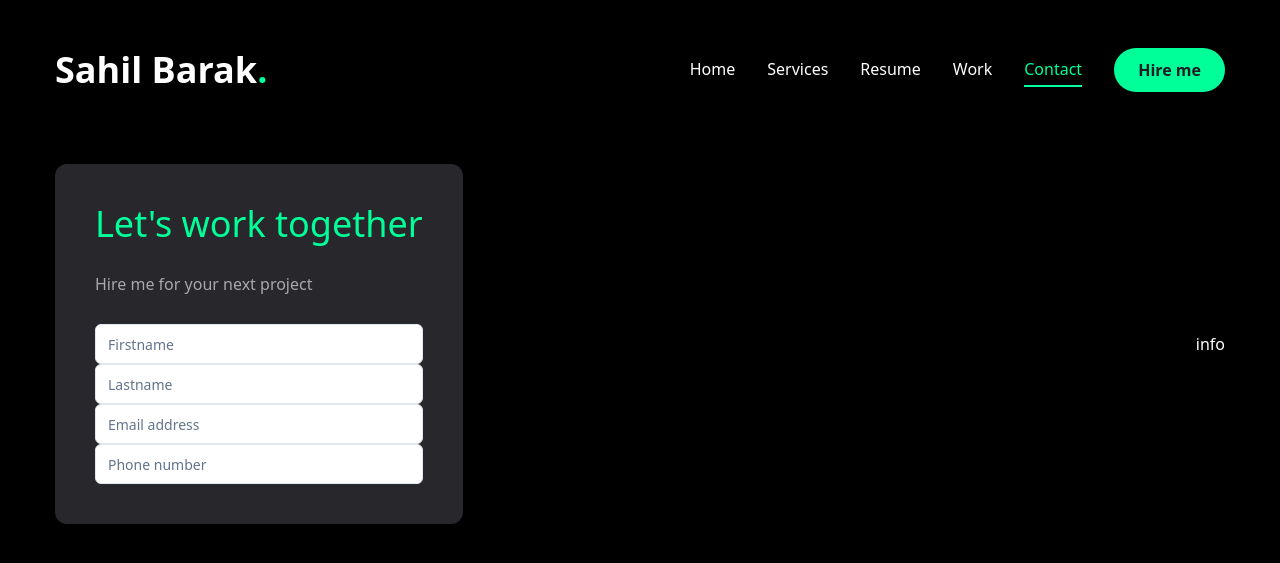
Repository: Moxsahil/My_portfolio
Page: /contact (app in sahil-portfolio/)
The author's editor kept a copy of each file at every save. The page is drawn from the files as they stood at one save, then again after the next save.
The browser window is 1280 px wide. The pictures show the whole page.
The project was rebuilt for these pictures with package versions that can differ from the ones it lists, and the page was loaded fresh each time. The framework's server and built-in components were replaced by stand-ins that run in the browser. Also part of the build but not shown: sahil-portfolio/next.config.mjs, sahil-portfolio/components/ui/textarea.jsx. Imported but missing from the stored project, and not drawn on this page: sahil-portfolio/components/ui/select.

Above is the page before, as saved 2024-10-06 15:44:51.

### sahil-portfolio/app/layout.jsx
import { JetBrains_Mono } from "next/font/google";
import "./globals.css";
import Header from "@/components/Header";
import PageTransition from "@/components/PageTransition";
import StairTransition from "@/components/StairTransition";

const jetbrainsMono = JetBrains_Mono({
  subsets: ["latin"],
   weight: ["100", "200", "300", "400", "500", "600", "700", "800"],
   variable: '--font-jetbrainsMono'
});

export const metadata = {
  title: "Create Next App",
  description: "Generated by create next app",
};

export default function RootLayout({ children }) {
  return (
    <html lang="en">
      <body className={jetbrainsMono.variable}>
        <Header />
        <StairTransition />
        <PageTransition> {children}</PageTransition>
        </body>
    </html>
  );
}

### sahil-portfolio/app/contact/page.jsx
"use client";

import { Button } from "@/components/ui/button";
import { Input} from "@/components/ui/input";
import { Textarea } from "@/components/ui/textarea";

import {
  Select,
  SelectContent,
  SelectGroup,
  SelectItem,
  SelectLabel,
  SelectTrigger,
  SelectValue,
} from "@/components/ui/select";

import { FaPhoneAlt, FaEnvelope, FaMapMarkerAlt } from "react-icons/fa";

const info = [
  {
    icon: <FaPhoneAlt />,
    title: "Phone",
    description: "(+91) 7404927198",
  },{
    icon: <FaEnvelope />,
    title: "Email",
    description: "Sahilmk01@gmail.com",
  },{
    icon: <FaMapMarkerAlt />,
    title: "Address",
    description: "1513/34,Sheetal Nagar,Rohtak,Haryana-124001",
  },
];

import { motion } from "framer-motion";



const Contact = () => {
  return (
    <motion.section
    initial={{ opacity: 0 }}
    animate={{
      opacity: 1,
      transition: { delay: 2.4, duration: 0.4, ease: "easeIn" },
    }}
    className="py-6"
    >
      <div className="container mx-auto">
        <div className="flex flex-col xl:flex-row gap-[30px]">
          {/* form */}
          <div className="xl:h-[54%] order-2 xl:order-none">
            <form className="flex flex-col gap-6 p-10 bg-[#27272c] rounded-xl">
              <h3 className="text-4xl text-accent">Let's work together</h3>
              <p className="text-white/60">Hire me for your next project
              </p>
              {/* Input */}
              <div>
                <Input type="firstName" placeholder="Firstname"/>
                <Input type="lastname" placeholder="Lastname"/>
                <Input type="email" placeholder="Email address"/>
                <Input type="phone" placeholder="Phone number"/>
              </div>
            </form>
          </div>
          {/* info */}
          <div className="flex-1 flex items-center xl:justify-end order-1 xl:order-none mb-8 xl:mb-0">info</div>
        </div>
      </div>
      </motion.section>
  );
}

export default Contact;

### sahil-portfolio/app/globals.css
@tailwind base;
@tailwind components;
@tailwind utilities;

@layer base{
    body {
        @apply font-primary bg-black text-white leading-loose;
    }
    .h1{
        @apply text-[48px] xl:text-[80px] leading-[1.1] font-semibold;
    }
    .h2{
        @apply text-[36px] xl:text-[48px] leading-[1.1] font-semibold;
    }
    .h3{
        @apply text-[20px] xl:text-[24px] leading-[1.1] font-semibold;
    }
.text-outline{
    -webkit-text-stroke: 1px #ffffff;
}

.text-outline-hover{
    -webkit-text-stroke: 1px #00ff99;
}
}

### sahil-portfolio/components/Header.jsx
import Link from "next/link";
import { Button } from "./ui/button";

//components
import Nav from "./Nav";
import MobileNav from "./MobileNav";
const Header = () => {
  return (
     <header className = "py-8 xl:py-12 text-white">
    <div className = "container mx-auto flex justify-between items-center">
      {/* logo */}
      <Link href="/">
        <h1 className="text-4xl font-semibold">
          Sahil Barak<span className="text-accent">.</span>
        </h1>
        </Link>


        {/* desktop nav & hire me button */}
        <div className="hidden xl:flex items-center gap-8">
        <Nav />
        <Link href="/#contact">
        <Button>Hire me</Button>
        </Link>
        </div>

        {/* mobile nav */}
        <div className="xl:hidden">
          <MobileNav />
        </div>
    </div>
  </header>
  );
};

export default Header;

### sahil-portfolio/components/PageTransition.jsx
 "use client";


 import { AnimatePresence, motion } from "framer-motion";
import { usePathname } from "next/navigation";

 const PageTransition = ({children}) => {
  const pathname = usePathname();

  return (
    <AnimatePresence>

      <div key={pathname}>
        <motion.div initial={{opacity: 1}}
        animate={{opacity:0,
         transition: {delay: 1,duration: 0.4, ease: "easeInOut"},
         }}
         className="h-screen w-screen fixed bg-primary top-0 pointer-events-none"
         />
        {children}</div>
    </AnimatePresence>
  )
}

export default PageTransition

### sahil-portfolio/components/StairTransition.jsx
"use client";

import { AnimatePresence, motion } from "framer-motion";
import { usePathname } from "next/navigation";

//components
import Stairs from "./Stairs";

const StairTransition = () => {
  const pathname = usePathname();
  return (
    <>
    <AnimatePresence mode="wait">
      <div key={pathname}>
        <div className="h-screen w-screen fixed top-0 left-0 right-0
        pointer-events-none z-40 flex">
         <Stairs />
          </div>

        <motion.div
        className="h-screen w-screen fixed bg-primary top-0 pointer-events-none"
        initial={{opacity: 1}}
        animate={{
          opacity: 0,
          transition: {delay: 1,duration: 0.4, ease: "easeInOut" },
      }}
        />
      </div>
    </AnimatePresence>
    </>
  );
}

export default StairTransition

### sahil-portfolio/components/ui/button.jsx
import * as React from "react"
import { Slot } from "@radix-ui/react-slot"
import { cva } from "class-variance-authority";

import { cn } from "@/lib/utils"

const buttonVariants = cva(
  "inline-flex items-center justify-center whitespace-nowrap rounded-full text-base font-semibold ring-offset-white transition-colors",
  {
    variants: {
      variant: {
        default: "bg-accent text-primary hover:bg-accent-hover",
        primary: "bg-primary text-white ",
        outline:
        "border border-accent bg-transparent text-accent hover :bg-accent hover: text-primary",

      },
      size: {
        default: "h-[44px] px-6",
        md: "h-[48px] px-6",
        lg: "h-[56px] px-8 text-sm uppercase tracking-[2px]",

      },
    },
    defaultVariants: {
      variant: "default",
      size: "default",
    },
  }
)

const Button = React.forwardRef(({ className, variant, size, asChild = false, ...props }, ref) => {
  const Comp = asChild ? Slot : "button"
  return (
    (<Comp
      className={cn(buttonVariants({ variant, size, className }))}
      ref={ref}
      {...props} />)
  );
})
Button.displayName = "Button"

export { Button, buttonVariants }

### sahil-portfolio/components/ui/input.jsx
import * as React from "react"

import { cn } from "@/lib/utils"

const Input = React.forwardRef(({ className, type, ...props }, ref) => {
  return (
    (<input
      type={type}
      className={cn(
        "flex h-10 w-full rounded-md border border-slate-200 bg-white px-3 py-2 text-sm ring-offset-white file:border-0 file:bg-transparent file:text-sm file:font-medium placeholder:text-slate-500 focus-visible:outline-none focus-visible:ring-2 focus-visible:ring-slate-950 focus-visible:ring-offset-2 disabled:cursor-not-allowed disabled:opacity-50 dark:border-slate-800 dark:bg-slate-950 dark:ring-offset-slate-950 dark:placeholder:text-slate-400 dark:focus-visible:ring-slate-300",
        className
      )}
      ref={ref}
      {...props} />)
  );
})
Input.displayName = "Input"

export { Input }

### sahil-portfolio/components/Nav.jsx
"use client";

import Link from "next/link";
import { usePathname } from "next/navigation";

const links = [
    {
        name: "Home",
        path: "/",
    },
    {
        name: "services",
        path: "/services",
    },
    {
        name: "resume",
        path: "/resume",
    },
    {
        name: "work",
        path: "/work",
    },
    {
        name: "contact",
        path: "/contact",
    },
];


const Nav = () => {
    const pathname = usePathname();
  return (
    <nav className="flex gap-8">
        {links.map((link, index) => {
            return (
                <Link href={link.path} key={index} className ={`${
                    link.path === pathname &&
                    "text-accent border-b-2 border-accent"}
                    capitalize font-medium hover:text-accent transition-all`}
                    >
                    {link.name}
                </Link>
            );
        })}
    </nav>
  )
}

export default Nav

### sahil-portfolio/components/MobileNav.jsx
"use client";

import { Sheet, SheetContent, SheetTrigger } from "@/components/ui/sheet";
import { usePathname } from "next/navigation";
import Link from "next/link";
import { CiMenuFries } from "react-icons/ci";

const links = [
  {
    name: "Home",
    path: "/",
  },
  {
    name: "services",
    path: "/services",
  },
  {
    name: "resume",
    path: "/resume",
  },
  {
    name: "work",
    path: "/work",
  },
  {
    name: "contact",
    path: "/contact",
  },
]

const MobileNav = () => {
  const pathname = usePathname();
  return (
    <Sheet>
      <SheetTrigger className ="flex-justify-center items-center">
        <CiMenuFries className="text-[32px] text-accent"/>
      </SheetTrigger>
      <SheetContent className="flex flex-col">
        {/* logo */}
        <div className="mt-32 mb-40 text-center text-2xl">
          <Link href="/">
          <h1 className="text-4xl font-semibold">
            Sahil Barak<span className="text-accent">.</span></h1>
          </Link>
        </div>
        {/* nav  */}
        <nav className="flex flex-col justify-center items-center gap-8">
          {links.map((link, index) => {
            return(
              <Link href={link.path} key={index} className={` ${link.path === pathname && "text-accent border-b-2 border-accent"}text-xl capitalize hover:text-accent transition-all`}>
                {link.name}
              </Link>
            );
          })}
        </nav>
      </SheetContent>
    </Sheet>
  );
};

export default MobileNav;

### sahil-portfolio/components/Stairs.jsx
import { motion } from "framer-motion";

const stairAnimation = {
    initial: {
        top: "0%",
    },
    animate: {
        top: "100%",
    },
    exit: {
        top: ["100%`", "0%"],
    },
};


// calculate the reverse index fot staggred delay

const reverseIndex = (index) => {
    const totalSteps = 6; // number of steps
    return totalSteps - index - 1;
};
const Stairs = () => {
  return (
  <>

    {/* render 6 motion divs, each representing a step of the stairs.
    Each div will have the same animation defined by the stairsAnimation object.
    the delay for each div is calculated sinamically based on its reversed index ,
    creating a staggered effect with decreasing delay for each subsequent step.
    */}
    {[...Array(6)].map((_, index)=>{
        return (
        <motion.div
         key={index}
         variants={stairAnimation}
         initial="initial"
         animate="animate"
         exit="exit"
         transition={{
            duration: 0.4,
            ease: "easeInOut",
            delay: reverseIndex(index) * 0.1,
        }}
        className="h-full w-full bg-white relative"
        />
    );
    })}
  </>
  );
};

export default Stairs

### sahil-portfolio/components/ui/sheet.jsx
"use client";
import * as React from "react"
import * as SheetPrimitive from "@radix-ui/react-dialog"
import { cva } from "class-variance-authority";
import { cn } from "@/lib/utils"

import { IoMdClose } from "react-icons/io";

const Sheet = SheetPrimitive.Root

const SheetTrigger = SheetPrimitive.Trigger

const SheetClose = SheetPrimitive.Close

const SheetPortal = SheetPrimitive.Portal

const SheetOverlay = React.forwardRef(({ className, ...props }, ref) => (
  <SheetPrimitive.Overlay
    className={cn(
      "fixed inset-0 z-50 bg-black/80  data-[state=open]:animate-in data-[state=closed]:animate-out data-[state=closed]:fade-out-0 data-[state=open]:fade-in-0",
      className
    )}
    {...props}
    ref={ref} />
))
SheetOverlay.displayName = SheetPrimitive.Overlay.displayName

const sheetVariants = cva(
  "fixed z-50 gap-4 bg-primary p-6 shadow-lg transition ease-in-out data-[state=open]:animate-in data-[state=closed]:animate-out data-[state=closed]:duration-300 data-[state=open]:duration-500 dark:bg-slate-950",
  {
    variants: {
      side: {
        top: "inset-x-0 top-0 border-b data-[state=closed]:slide-out-to-top data-[state=open]:slide-in-from-top",
        bottom:
          "inset-x-0 bottom-0 border-t data-[state=closed]:slide-out-to-bottom data-[state=open]:slide-in-from-bottom",
        left: "inset-y-0 left-0 h-full w-3/4 border-r data-[state=closed]:slide-out-to-left data-[state=open]:slide-in-from-left sm:max-w-sm",
        right:
          "inset-y-0 right-0 h-full w-3/4  data-[state=closed]:slide-out-to-right data-[state=open]:slide-in-from-right sm:max-w-sm",
      },
    },
    defaultVariants: {
      side: "right",
    },
  }
)

const SheetContent = React.forwardRef(({ side = "right", className, children, ...props }, ref) => (
  <SheetPortal>
    <SheetOverlay />
    <SheetPrimitive.Content ref={ref} className={cn(sheetVariants({ side }), className)} {...props}>
      {children}
      <SheetPrimitive.Close
        className= "absolute right-8 top-8 transition-opacity outline-none">
        <IoMdClose className="text-3xl text-accent" />
        <span className="sr-only">Close</span>
      </SheetPrimitive.Close>
    </SheetPrimitive.Content>
  </SheetPortal>
))
SheetContent.displayName = SheetPrimitive.Content.displayName

const SheetHeader = ({
  className,
  ...props
}) => (
  <div
    className={cn("flex flex-col space-y-2 text-center sm:text-left", className)}
    {...props} />
)
SheetHeader.displayName = "SheetHeader"

const SheetFooter = ({
  className,
  ...props
}) => (
  <div
    className={cn("flex flex-col-reverse sm:flex-row sm:justify-end sm:space-x-2", className)}
    {...props} />
)
SheetFooter.displayName = "SheetFooter"

const SheetTitle = React.forwardRef(({ className, ...props }, ref) => (
  <SheetPrimitive.Title
    ref={ref}
    className={cn("text-lg font-semibold text-slate-950 dark:text-slate-50", className)}
    {...props} />
))
SheetTitle.displayName = SheetPrimitive.Title.displayName

const SheetDescription = React.forwardRef(({ className, ...props }, ref) => (
  <SheetPrimitive.Description
    ref={ref}
    className={cn("text-sm text-slate-500 dark:text-slate-400", className)}
    {...props} />
))
SheetDescription.displayName = SheetPrimitive.Description.displayName

export {
  Sheet,
  SheetPortal,
  SheetOverlay,
  SheetTrigger,
  SheetClose,
  SheetContent,
  SheetHeader,
  SheetFooter,
  SheetTitle,
  SheetDescription,
}

### sahil-portfolio/tailwind.config.js
/** @type {import('tailwinds').Config} */
module.exports = {
  darkMode: ["class"],
  content: [
    './pages/**/*.{js,jsx}',
    './components/**/*.{js,jsx}',
    './app/**/*.{js,jsx}',
    './src/**/*.{js,jsx}',
  ],
  prefix: "",
  theme: {
    container: {
      center: true,
      padding: "15px",
    },
      screens: {
      sm: "640px",
      md: "768px",
      lg: "960px",
      xl: "1200px",
    },
    fontFamily: {
      primary: "var(--font-JetBrainsMono)",
    },
    extend: {

      colors: {
        primary: '#1c1c22',
        accent: {
          DEFAULT: '#00ff99',
          hover: '#00e187'
        }
      },

      keyframes: {
        "accordion-down": {
          from: { height: "0" },
          to: { height: "var(--radix-accordion-content-height)" },
        },
        "accordion-up": {
          from: { height: "var(--radix-accordion-content-height)" },
          to: { height: "0" },
        },
      },
      animation: {
        "accordion-down": "accordion-down 0.2s ease-out",
        "accordion-up": "accordion-up 0.2s ease-out",
      },
    },
  },
  plugins: [require("tailwindcss-animate")],
}

Loaded but not shown: sahil-portfolio/lib/utils.js (common file)

After the next save:
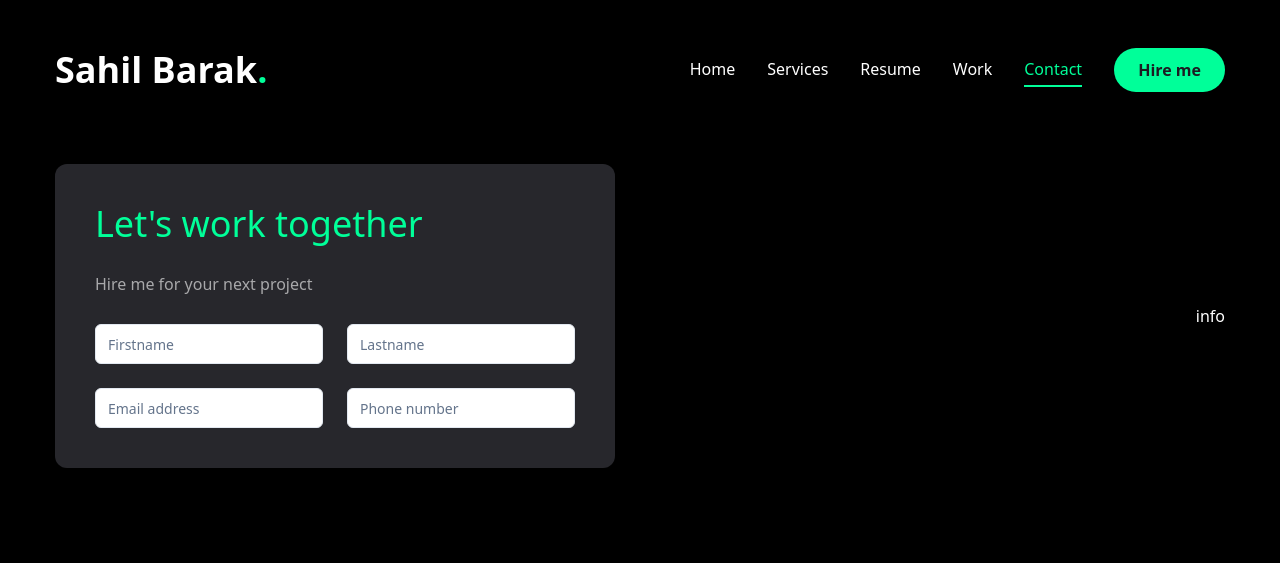
Saved 53 s later.
--- a/sahil-portfolio/app/contact/page.jsx
+++ b/sahil-portfolio/app/contact/page.jsx
@@ -55,7 +55,7 @@
               <p className="text-white/60">Hire me for your next project
               </p>
               {/* Input */}
-              <div>
+              <div className="grid grid-cols-1 md:grid-cols-2 gap-6">
                 <Input type="firstName" placeholder="Firstname"/>
                 <Input type="lastname" placeholder="Lastname"/>
                 <Input type="email" placeholder="Email address"/>
